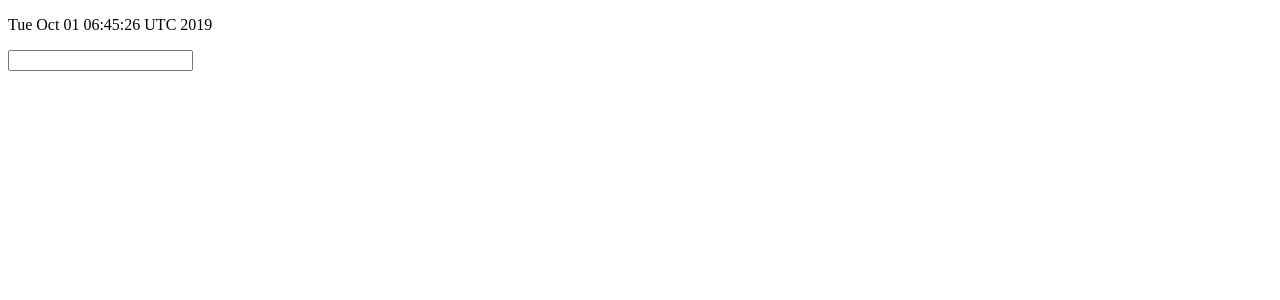
Repository: weertop/2DAW
Page: http://localhost/Formularios/controlText.jsp
The author's editor kept a copy of each file at every save. The page is drawn from the files as they stood at one save, then again after the next save.
The browser window is 1280 px wide. The pictures show the whole page.
The page is served by Tomcat 9. Other server files are loaded and not shown.

Above is the page before, as saved 2019-10-01 06:51:49.

### DWServidor/eclipse-workspace-photom/Formularios/WebContent/controlText.jsp
<%@ page language="java" contentType="text/html; charset=UTF-8"
    pageEncoding="UTF-8"%>
<%@ page import="java.util.*" %>
<!DOCTYPE html>
<html>
<head>
<meta charset="UTF-8">
<title>Insert title here</title>
</head>
<body>
	<%Date fecha = new Date();
	out.println("<p>" + fecha + "</p>");
	%>
	<form action="destinoControlText.jsp" method="post">
		<input type="text" name="nombre" />
	</form>
</body>
</html>

After the next save:
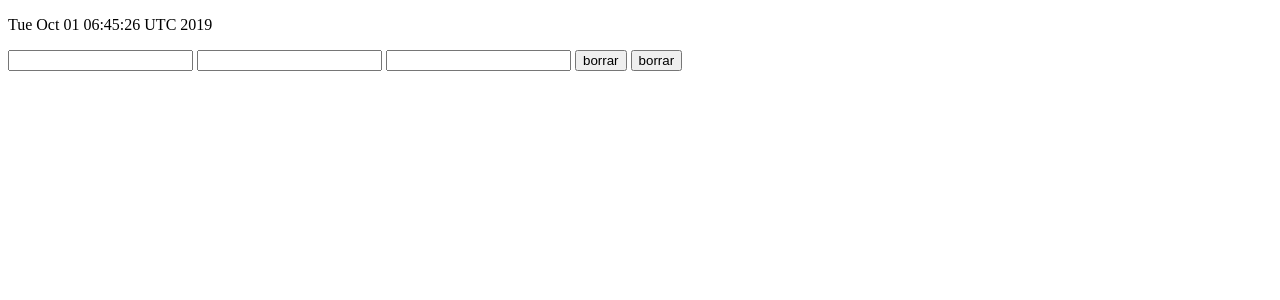
Saved 2 min 9 s later.
--- a/DWServidor/eclipse-workspace-photom/Formularios/WebContent/controlText.jsp
+++ b/DWServidor/eclipse-workspace-photom/Formularios/WebContent/controlText.jsp
@@ -13,6 +13,10 @@
 	%>
 	<form action="destinoControlText.jsp" method="post">
 		<input type="text" name="nombre" />
+		<input type="text" name="color" />
+		<input type="mail" name="correo" />
+		<input type="reset" name="borrar" value="borrar" />
+		<input type="submit" name="borrar" value="borrar" />
 	</form>
 </body>
 </html>
